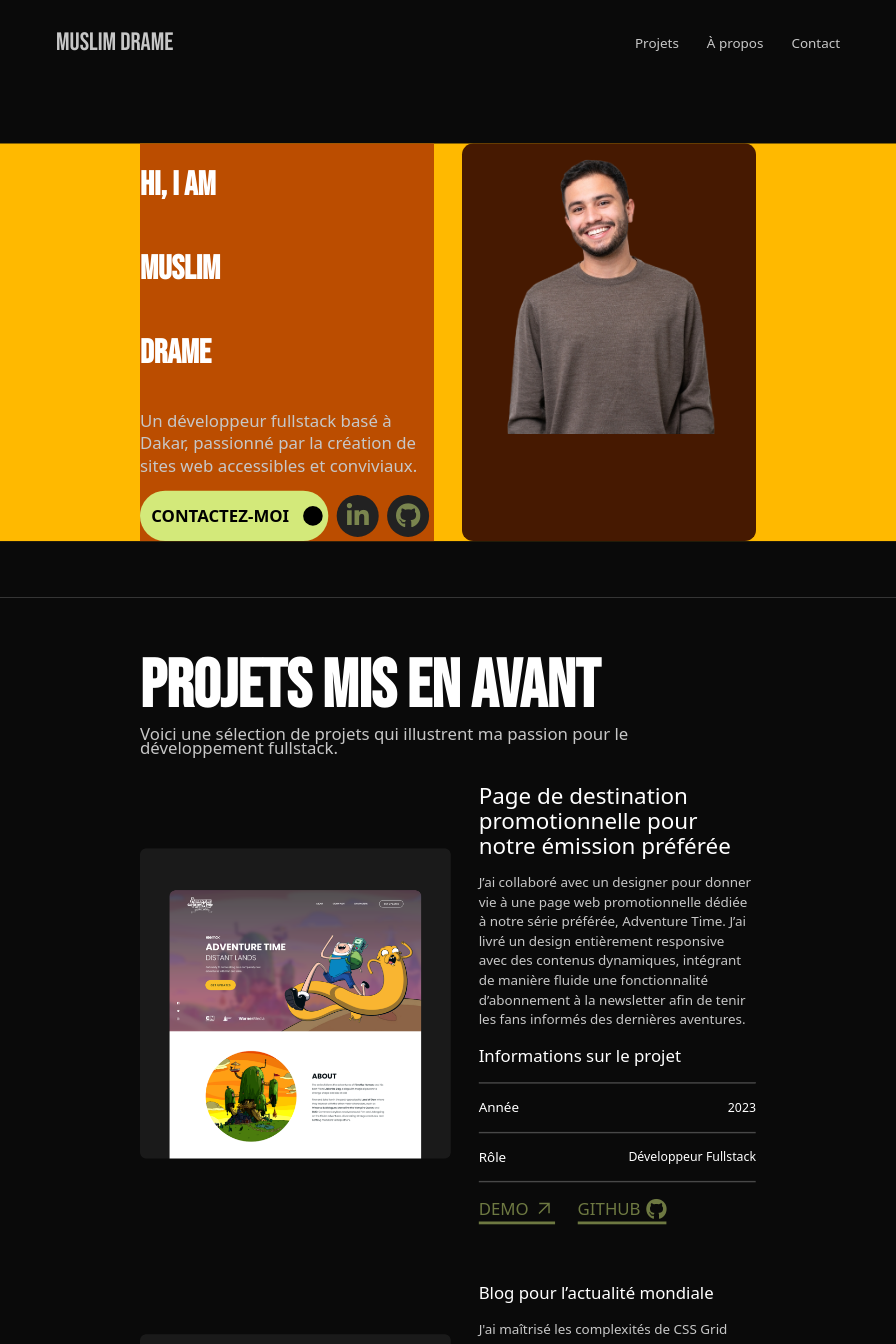
Repository: muslimdrame37-oss/Portfolio1
Page: src/index.html
The author's editor kept a copy of each file at every save. The page is drawn from the files as they stood at one save, then again after a run of saves.
The browser window is 1280 px wide. The pictures show the part of the page from y = 0 to 1920 px (the page is 4661 px tall), at 70% of full size.
Some web fonts or font styles are not loaded; a fallback is used. Some web libraries are served in a nearby version.

Above is the page before, as saved 2026-02-11 20:32:01.

### src/index.html
<!doctype html>
<html lang="fr">
<head>
    <meta charset="UTF-8">
    <meta name="viewport" content="width=device-width, initial-scale=1.0">
    <meta name="description" content="Portfolio de Muslim Drame - Développeur Fullstack basé à Dakar">
    <title>Muslim Drame - Développeur Fullstack</title>

    <!-- Fonts -->
    <link rel="stylesheet" href="https://fonts.googleapis.com/css2?family=Bebas+Neue&display=swap">
    <link rel="stylesheet" href="https://fonts.googleapis.com/css2?family=Material+Symbols+Outlined:opsz,wght,FILL,GRAD@20..48,100..700,0..1,-50..200&icon_names=arrow_outward">

    <!-- Styles -->
    <link href="./output.css" rel="stylesheet">

    <!-- Icons -->
    <script src="https://kit.fontawesome.com/31ee52f68e.js" crossorigin="anonymous"></script>
</head>

<body class="bg-[#0A0A0A]">
    <!-- ========== HEADER ========== -->
    <header class="flex items-center justify-between py-4 px-5 lg:px-20">
        <h1 class="text-[#C7C7C7] text-[2rem] lg:text-4xl font-bebas">MUSLIM DRAME</h1>

        <!-- Navigation Desktop -->
        <nav class="hidden lg:flex justify-between py-8 text-[#C7C7C7] text-[1.2rem]" aria-label="Navigation principale">
            <ul class="flex gap-10">
                <li><a href="index.html" class="hover:text-[#D3E97A] transition-colors">Projets</a></li>
                <li><a href="a_propos.html" class="hover:text-[#D3E97A] transition-colors">À propos</a></li>
                <li><a href="#contact" class="hover:text-[#D3E97A] transition-colors">Contact</a></li>
            </ul>
        </nav>

        <!-- Menu Mobile -->
        <button class="lg:hidden" aria-label="Menu mobile">
            <svg xmlns="http://www.w3.org/2000/svg" height="40px" viewBox="0 -960 960 960" width="40px" fill="#484848">
                <path d="M120-680v-80h720v80H120Zm0 480v-80h720v80H120Zm0-240v-80h720v80H120Z"/>
            </svg>
        </button>
    </header>

    <!-- ========== MAIN CONTENT ========== -->
    <main>

        <!-- ========== SECTION HERO ========== -->
        <section class="px-5 mt-20 flex flex-col justify-between gap-10 lg:flex-row lg:px-50 bg-amber-400" aria-label="Section d'accueil">
            <!-- Contenu texte -->
            <div class="flex flex-col gap-5 justify-center lg:w-1/2 bg-amber-700">
                <h2 class="text-white text-[3rem] font-bebas lg:text-[5rem] lg:font-bold lg:leading-30 leading-15 lg:w-1/2">HI, I AM MUSLIM DRAME</h2>
                <p class="text-1xl text-[#C7C7C7] lg:text-2xl">
                    Un développeur fullstack basé à Dakar, passionné par la création de sites web accessibles et conviviaux.
                </p>

                <!-- Boutons d'action -->
                <div class="flex gap-3 items-center">
                    <!-- Bouton Contact -->
                    <a href="#contact" class="bg-[#D3E97A] flex justify-between items-center pl-2 text-black font-bold text-[1rem] rounded-[100px] gap-1 lg:gap-3 py-2 lg:py-4 lg:text-[1.5rem] lg:pl-4 hover:bg-[#c5db6f] transition-colors">
                        CONTACTEZ-MOI
                        <span class="w-11 h-10 flex items-center justify-center">
                            <span class="bg-black w-4 h-4 rounded-full lg:w-7 lg:h-7"></span>
                        </span>
                    </a>

                    <!-- Réseaux sociaux -->
                    <a href="#" class="w-10 h-10 rounded-full bg-[#222222] flex justify-center items-center lg:w-15 lg:h-15 hover:bg-[#333333] transition-colors" aria-label="LinkedIn">
                        <i class="fa-brands fa-linkedin-in text-[#D3E97A] text-2xl lg:text-4xl animate-pulse"></i>
                    </a>
                    <a href="#" class="w-10 h-10 rounded-full bg-[#222222] flex justify-center items-center lg:w-15 lg:h-15 hover:bg-[#333333] transition-colors" aria-label="GitHub">
                        <i class="fa-brands fa-github text-2xl lg:text-4xl text-[#D3E97A] animate-pulse"></i>
                    </a>
                </div>
            </div>

            <!-- Image hero -->
            <div class="bg-[#C7C7C7] rounded-2xl  bg-amber-950 lg:w-1/2">
                <img src="image/image1.png" alt="Portrait de Muslim Drame" width="880" class="w-full h-auto">
            </div>
        </section>

        <!-- Séparateur -->
        <hr class="border-[#484848] border-t mt-20">

        <!-- ========== SECTION PROJETS ========== -->

        <section class="flex flex-col px-8 mt-20 lg:px-50">
            <div class="flex flex-col gap-2">
                <h2 class="text-4xl text-white font-extrabold font-bebas lg:text-8xl">PROJETS MIS EN AVANT</h2>
                <p class="text-2xl text-[#C7C7C7] leading-5">Voici une sélection de projets qui illustrent ma passion pour le développement fullstack.</p>
            </div>
            <div class="flex flex-col lg:flex-row gap-10 mt-10 lg:w-[1,224px] justify-center items-center">
                <div>
                    <img src="image/image2.png" alt="" class="w-4xl">
                </div>
                <!-- INFORMATION -->
                <!-- TITRE ET DESCCRIPTION -->
                <div class=" lg:w-200 flex flex-col gap-5 ">
                    <div class="flex flex-col gap-5">
                        <h2 class="text-white text-[2rem] leading-9">Page de destination promotionnelle pour notre émission préférée</h2>
                        <p class="text-[#C7C7C7] leading-7 text-[1.2rem]">J’ai collaboré avec un designer pour donner vie à une page web promotionnelle dédiée à notre série préférée, Adventure Time. J’ai livré un design entièrement responsive avec des contenus dynamiques, intégrant de manière fluide une fonctionnalité d’abonnement à la newsletter afin de tenir les fans informés des dernières aventures.</p>
                    </div>
                    <!-- INFORMATION SUR LE PROJET -->
                    <div class=" flex flex-col gap-5">
                        <h3 class="text-white text-[1.5rem]">Informations sur le projet</h3>
                        <div class="flex flex-col gap-5">
                            <div class="w-full border-[#484848] border"></div>

                            <div class="flex justify-between">
                                <p class="text-white text-[1.2rem]">Année</p>
                                <p class="text-white text-[1.1rem]">2023</p>
                            </div>

                            <div class="w-full border-[#484848] border"></div>

                            <div class="flex justify-between">
                                <p class="text-white text-[1.2rem]">Rôle</p>
                                <p class="text-white text-[1.1rem]">Développeur Fullstack</p>
                            </div>

                            <div class="w-full border-[#484848] border"></div>

                        </div>
                    </div>

                    <!-- LIEN DEMO & GITHUB -->

                    <div class="flex gap-8">
                        <a href="#">
                            <div class="animate-pulse">
                            <div class="flex items-center gap-2 ">
                                <p class="text-[#D3E97A] text-[1.5rem]">DEMO</p>
                                <svg xmlns="http://www.w3.org/2000/svg" height="30px" viewBox="0 -960 960 960" width="30px" fill="#D3E97A"><path d="M246.67-244 200-290.67l402.67-402.66H236V-760h480v480h-66.67v-366.67L246.67-244Z"/></svg>
                            </div>
                            <div class="w-full border-[#D3E97A] border-2"></div>
                        </div>
                        </a>
                        <a href="#">
                            <div class="animate-pulse">
                            <div class="flex items-center gap-2">
                                <p class="text-[#D3E97A] text-[1.5rem]">GITHUB</p>
                                <i class="fa-brands fa-github text-3xl text-[#D3E97A]"></i>
                            </div>
                            <div class="w-full border-[#D3E97A] border-2"></div>
                        </div>
                        </a>

                    </div>
                </div>
            </div>
        </section>

        <!-- PROJET 2 -->

        <section class="flex flex-col px-8 mt-20 gap-8 lg:gap-10 lg:flex-row lg:px-50 items-center">
            <div>
                <img src="image/image3.png" alt="" class="w-4xl">
            </div>
            <div class="lg:w-200 flex flex-col gap-5">
                <div class="flex flex-col gap-5">
                    <h2 class="text-white text-[1.5rem]">Blog pour l’actualité mondiale</h2>
                    <p class="text-[#C7C7C7] text-[1.2rem] leading-7">J'ai maîtrisé les complexités de CSS Grid pour créer une page d'accueil innovante pour un site d'actualités, en prenant des décisions de design complexes afin d'assurer une expérience utilisateur fluide. Ce projet m'a permis de renforcer mes compétences en développement fullstack.</p>
                </div>
                <div class="flex flex-col gap-8">
                    <div class="text-[1.5rem] text-white ">Informations sur le projet</div>
                    <div class="flex flex-col gap-4">
                        <div class="w-full border-[#484848] border "></div>
                        <div class="flex justify-between">
                            <p class="text-white text-[1.2rem]">Client</p>
                            <p class="text-[#C7C7C7] text-[1.1rem]">World News</p>
                        </div>
                        <div class="w-full border-[#484848] border "></div>
                        <div class="flex justify-between">
                            <p class="text-white text-[1.2rem]">Année</p>
                            <p class="text-[#C7C7C7] text-[1.1rem]">2022</p>
                        </div>
                        <div class="w-full border-[#484848] border "></div>
                        <div class="flex justify-between">
                            <p class="text-white text-[1.5rem]">Rôle</p>
                            <p class="text-[#C7C7C7] text-[1.5rem]">Développeur Fullstack</p>
                        </div>
                        <div class="w-full border-[#484848] border "></div>
                    </div>
                </div>
                <a href="#">
                    <div class="flex flex-col animate-pulse">
                    <div class="flex items-center gap-2">
                        <p class="text-[#D3E97A] text-[1.5rem]">DEMO</p>
                        <svg xmlns="http://www.w3.org/2000/svg" height="30px" viewBox="0 -960 960 960" width="30px" fill="#D3E97A"><path d="M246.67-244 200-290.67l402.67-402.66H236V-760h480v480h-66.67v-366.67L246.67-244Z"/></svg>
                    </div>
                    <div class="w-25 border-[#D3E97A] border-2"></div>
                </div>
                </a>
            </div>
        </section>

        <!-- PROJET 3 -->

        <section class="mt-20 flex flex-col px-8 gap-8 lg:gap-10 lg:flex-row lg:px-50 items-center">
            <img src="image/image3.png" alt="" class="w-full lg:w-1/2">
            <div class="w-full lg:w-1/2 flex flex-col gap-5">
                <div class="flex flex-col gap-5">
                    <h2 class="text-white text-[2rem]">Page produit pour site e-commerce</h2>
                    <p class="text-[#C7C7C7] text-[1.2rem] leading-8 ">J’ai conçu avec succès une page produit attrayante, intégrant une galerie dynamique en lightbox et un panier fonctionnel fluide, démontrant ma maîtrise du développement en JavaScript.</p>
                </div>
                <div class="flex flex-col gap-5">
                    <div class="text-[1.5rem] text-white lg:mt-5 ">Informations sur le projet</div>
                    <div class="flex flex-col gap-5">
                        <div class="w-full border-[#484848] border "></div>
                        <div class="flex justify-between">
                            <p class="text-white text-[1.2rem]">Année</p>
                            <p class="text-[#C7C7C7] text-[1.1rem]">2022</p>
                        </div>
                        <div class="w-full border-[#484848] border "></div>
                        <div class="flex justify-between">
                            <p class="text-white text-[1.2rem]">Rôle</p>
                            <p class="text-[#C7C7C7] text-[1.1rem]">Développeur Fullstack</p>
                        </div>
                        <div class="w-full border-[#484848] border "></div>
                    </div>
                </div>
                <!-- LIEN DÉMO & GITHUB -->
                <div class="flex gap-8 items-center">
                    <a href="#">
                        <div class="animate-pulse">
                        <div class="flex items-center gap-2">
                            <p class="text-[#D3E97A] text-[1.5rem]">DEMO</p>
                            <svg xmlns="http://www.w3.org/2000/svg" height="30px" viewBox="0 -960 960 960" width="30px" fill="#D3E97A"><path d="M246.67-244 200-290.67l402.67-402.66H236V-760h480v480h-66.67v-366.67L246.67-244Z"/></svg>
                    </div>
                    <div class="w-full border-[#D3E97A] border-2"></div>
                    </div>
                    </a>
                    <a href="#">
                        <div class="animate-pulse">
                        <div class="flex items-center gap-2">
                            <p class="text-[#D3E97A] text-[1.5rem]">GITHUB</p>
                            <i class="fa-brands fa-github text-3xl text-[#D3E97A]"></i>
                        </div>
                        <div class="w-full border-[#D3E97A] border-2"></div>
                    </div>
                    </a>
                </div>
            </div>
        </section>

        <!-- À PROPOS DE MOI -->
        <div class="w-full border-[#484848] border my-10"></div>

        <section class=" flex flex-col px-8 gap-5 lg:flex-row lg:gap-10 lg:px-50 justify-between">
            <div class="text-6xl text-white  lg:w-200 lg:text-[140px] font-bebas">À PROPOS DE MOI</div>
            <div class="lg:w-200">
                <div class="flex flex-col gap-10 ">
                    <p class="text-white text-[1.5rem] ">Je suis développeur Fullstack passionné basé à DAKAR, avec une formation en génie Informatique.</p>
                    <div class="text-[#484848] text-[1.2rem]">Je suis développeur fullstack basé à Dakar, à la recherche d’opportunités stimulantes. Avec une formation en génie informatique, je mets un point d’honneur à privilégier l’accessibilité lors du développement. Passionné et curieux, j’aime résoudre des problèmes complexes.
                    Actuellement, j’explore React.js, Laravel et m’initie également au design. En dehors du codage, j’apprécie jouer au football, la photographie et jouer à la carte. Je continue d’apprendre pour améliorer constamment mes compétences.</div>
                    <a href="a_propos.html" class="text-[#D3E97A] text-[1.5rem] underline underline-offset-8 hover:text-[#c5db6f] transition-colors">EN SAVOIR PLUS SUR MOI</a>
                </div>
            </div>
        </section>

        <hr class="border-[#484848] border-t my-10">

        <!-- ========== SECTION CONTACT ========== -->

        <section id="contact" class="flex flex-col px-8 mb-10 lg:px-50 lg:gap-10 lg:flex-row" aria-label="Formulaire de contact">
            <!-- Informations de contact -->
            <div class="flex flex-col gap-10 lg:w-200">
                <h2 class="lg:text-[100px] text-white font-bold text-4xl font-bebas">ENTRONS EN CONTACT</h2>
                <div class="flex flex-col gap-2">
                    <p class="text-[#C7C7C7] text-[1rem]">
                        Dites moi hello <a href="mailto:muslimdrame37@gmail.com" class="text-white hover:text-[#D3E97A] transition-colors">muslimdrame37@gmail.com</a>
                    </p>
                    <p class="text-white text-[1rem]">Pour en savoir plus sur moi, jetez un coup d'œil à mon <a href="#" class="text-[#D3E97A] underline underline-offset-5 hover:text-[#c5db6f] transition-colors">CV</a></p>
                </div>
                <!-- Réseaux sociaux -->
                <nav class="flex gap-5" aria-label="Réseaux sociaux">
                    <a href="#" aria-label="LinkedIn" class="hover:scale-110 transition-transform">
                        <i class="fa-brands fa-linkedin-in text-[#D3E97A] text-4xl animate-pulse"></i>
                    </a>
                    <a href="#" aria-label="GitHub" class="hover:scale-110 transition-transform">
                        <i class="fa-brands fa-github text-[#D3E97A] text-4xl animate-pulse"></i>
                    </a>
                    <a href="#" aria-label="Twitter" class="hover:scale-110 transition-transform">
                        <i class="fa-brands fa-x-twitter text-[#D3E97A] text-4xl animate-pulse"></i>
                    </a>
                    <a href="#" aria-label="Instagram" class="hover:scale-110 transition-transform">
                        <i class="fa-brands fa-instagram text-[#D3E97A] text-4xl animate-pulse"></i>
                    </a>
                </nav>
            </div>


            <form action="" method="POST" class="flex flex-col gap-5 mt-10 lg:mt-0 w-full lg:w-200">
                <div class="flex flex-col gap-3">
                    <label for="name" class="text-[#C7C7C7] text-[1.5rem]">Nom complet</label>
                    <input class="text-[#C7C7C7] bg-[#1A1A1A] px-6 py-2 rounded-lg text-[1.5rem] focus:outline-none focus:ring-2 focus:ring-[#D3E97A] transition-all" type="text" name="name" placeholder="Muslim" id="name" required>
                </div>
                <div class="flex flex-col gap-3">
                    <label for="email" class="text-[#C7C7C7] text-[1.5rem]">Email</label>
                    <input class="text-[#C7C7C7] bg-[#1A1A1A] px-6 py-2 rounded-lg text-[1.5rem] focus:outline-none focus:ring-2 focus:ring-[#D3E97A] transition-all" type="email" name="email" placeholder="votre@email.com" id="email" required>
                </div>
                <div class="flex flex-col gap-3">
                    <label for="sujet" class="text-[#C7C7C7] text-[1.5rem]">Sujet</label>
                    <input class="text-[#C7C7C7] bg-[#1A1A1A] px-6 py-2 rounded-lg text-[1.5rem] focus:outline-none focus:ring-2 focus:ring-[#D3E97A] transition-all" type="text" name="sujet" placeholder="Sujet de votre message" id="sujet" required>
                </div>
                <div class="flex flex-col gap-3">
                    <label for="message" class="text-[#C7C7C7] text-[1.5rem]">Message</label>
                    <textarea name="message" id="message" rows="6" placeholder="Votre message..." class="text-[#C7C7C7] bg-[#1A1A1A] px-6 py-2 rounded-lg text-[1.5rem] resize-none focus:outline-none focus:ring-2 focus:ring-[#D3E97A] transition-all" required></textarea>
                </div>
                <button type="submit" class="text-black bg-[#D3E97A] py-2 lg:py-4 text-[1rem] font-bold rounded-[100px] w-35 hover:bg-[#c5db6f] transition-colors cursor-pointer">Envoyer</button>
            </form>
        </section>
    </main>

    <!-- ========== FOOTER ========== -->
    <footer class="w-full pb-6">
        <div class="mx-auto flex flex-col lg:flex-row gap-2 lg:gap-8 items-center justify-between border border-white/10 bg-[#1A1A1A] px-6 py-4 text-sm text-[#C7C7C7] backdrop-blur-md">
            <!-- Copyright -->
            <p>© 2026 Muslim Drame. Tous droits réservés.</p>

            <!-- Réseaux sociaux -->
            <nav class="flex items-center gap-2 text-2xl" aria-label="Réseaux sociaux footer">
                <a href="#" class="hover:text-white transition-colors" aria-label="Facebook">
                    <i class="fa-brands fa-facebook"></i>
                </a>
                <a href="#" class="hover:text-white transition-colors" aria-label="Instagram">
                    <i class="fa-brands fa-instagram"></i>
                </a>
                <a href="#" class="hover:text-white transition-colors" aria-label="Twitter">
                    <i class="fa-brands fa-x-twitter"></i>
                </a>
                <a href="#" class="hover:text-white transition-colors" aria-label="GitHub">
                    <i class="fa-brands fa-github"></i>
                </a>
                <a href="#" class="hover:text-white transition-colors" aria-label="YouTube">
                    <i class="fa-brands fa-youtube"></i>
                </a>
            </nav>
        </div>
    </footer>

</body>
</html>

Loaded but not shown: src/output.css (2245 lines, source omitted)

After the next 3 saves:
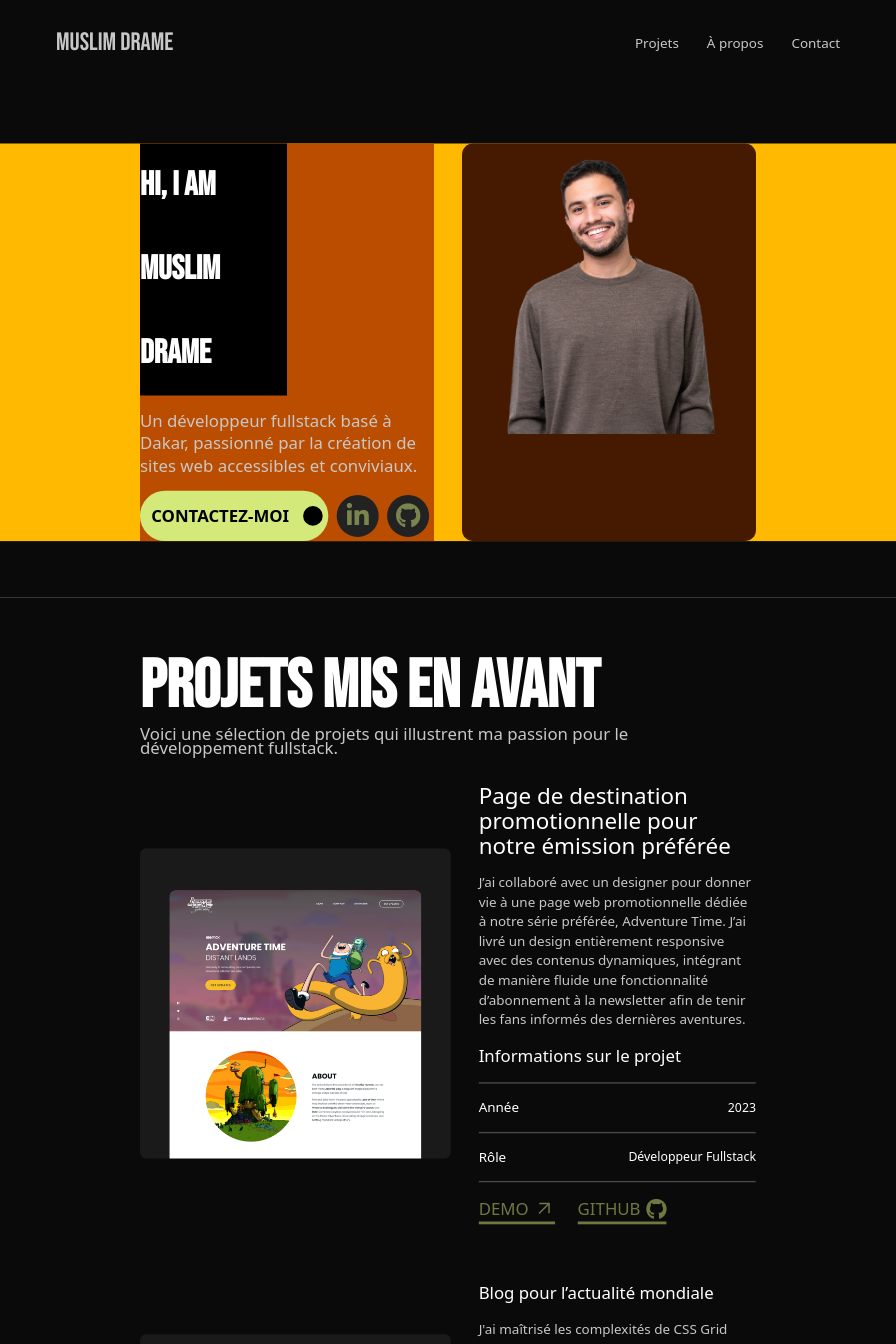
The 3 saves are shown as one change because they came seconds apart.
The last was saved 18 s later.
--- a/src/index.html
+++ b/src/index.html
@@ -46,7 +46,7 @@
         <section class="px-5 mt-20 flex flex-col justify-between gap-10 lg:flex-row lg:px-50 bg-amber-400" aria-label="Section d'accueil">
             <!-- Contenu texte -->
             <div class="flex flex-col gap-5 justify-center lg:w-1/2 bg-amber-700">
-                <h2 class="text-white text-[3rem] font-bebas lg:text-[5rem] lg:font-bold lg:leading-30 leading-15 lg:w-1/2">HI, I AM MUSLIM DRAME</h2>
+                <h2 class="text-white text-[3rem] font-bebas lg:text-[5rem] lg:font-bold lg:leading-30 leading-15 lg:w-1/2 bg-black">HI, I AM MUSLIM DRAME</h2>
                 <p class="text-1xl text-[#C7C7C7] lg:text-2xl">
                     Un développeur fullstack basé à Dakar, passionné par la création de sites web accessibles et conviviaux.
                 </p>
